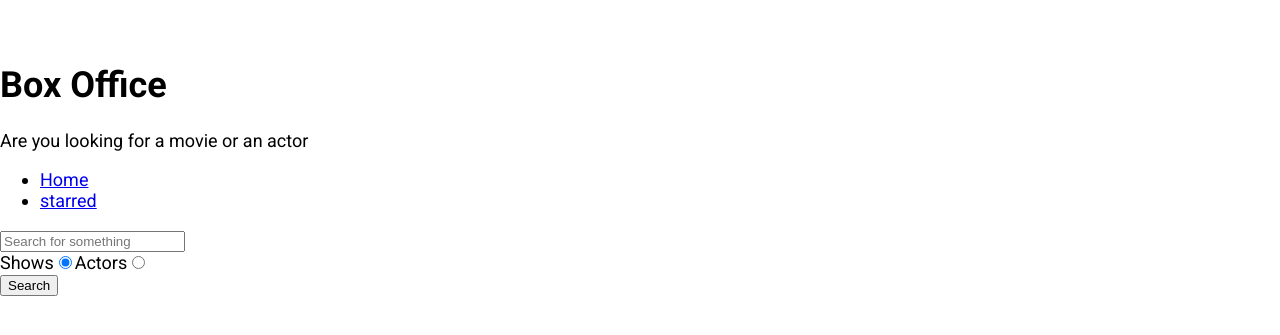
Repository: bharath2990/box-office
Page: /
The author's editor kept a copy of each file at every save. The page is drawn from the files as they stood at one save, then again after the next save.
The browser window is 1280 px wide. The pictures show the whole page.
The project was rebuilt for these pictures with package versions that can differ from the ones it lists, and the page was loaded fresh each time. A package was used in the major version that the imports need, not the one package.json lists. Also part of the build but not shown: src/components/styled.jsx, src/components/show/ShowCard.styled.jsx, src/components/show/ShowCard.jsx, src/components/show/ShowGrid.jsx, src/components/actor/ActorCard.styled.jsx, src/components/actor/ActorCard.jsx, src/components/actor/ActorGrid.jsx, src/components/show/Detailed.styled.jsx and 7 more. Imported but missing from the stored project, and not drawn on this page: src/components/show/ShowMainData, src/pages/Starred.

Above is the page before, as saved 2022-12-05 18:29:35.

After the next save:
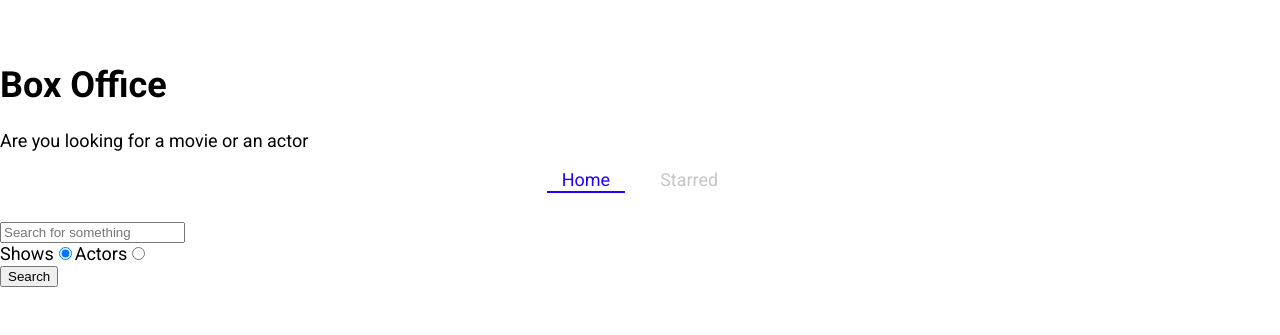
Saved 80 s later.
--- a/src/components/Nav.jsx
+++ b/src/components/Nav.jsx
@@ -1,21 +1,30 @@
 import React from 'react';
-import { Link } from 'react-router-dom';
+import { useLocation } from 'react-router-dom';
+
+import { NavList, LinkStyled } from './Navs.styled';
 
 const LINKS = [
   { to: '/', text: 'Home' },
-  { to: '/starred', text: 'starred' },
+  { to: '/starred', text: 'Starred' },
 ];
 
 const Nav = () => {
+  const location = useLocation();
+
   return (
     <div>
-      <ul>
+      <NavList>
         {LINKS.map(item => (
-          <li>
-            <Link to={item.to}>{item.text}</Link>
+          <li key={item.to}>
+            <LinkStyled
+              to={item.to}
+              className={item.to === location.pathname ? 'active' : ''}
+            >
+              {item.text}
+            </LinkStyled>
           </li>
         ))}
-      </ul>
+      </NavList>
     </div>
   );
 };
